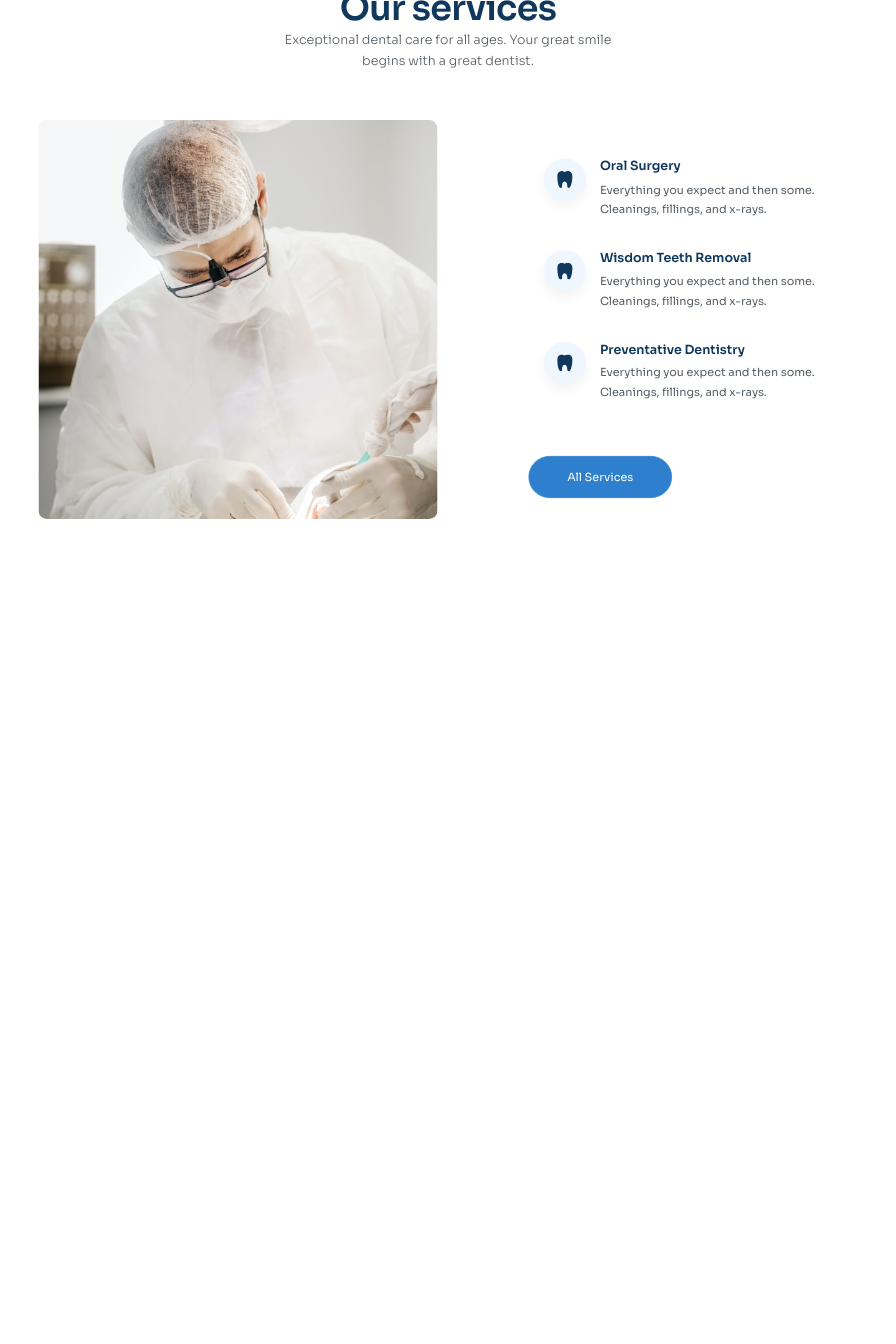
Repository: Tran-Dat/F8_Project_03
Page: index.html
These files come from the project's save history. The page is drawn as it stood at one moment and after the next save; the edit follows.
The browser window is 1280 px wide. The pictures show the part of the page from y = 909 to 2829 px (the page is 3720 px tall), at 70% of full size.

Above is the page before, as saved 2023-04-03 15:27:29.

After the next save:
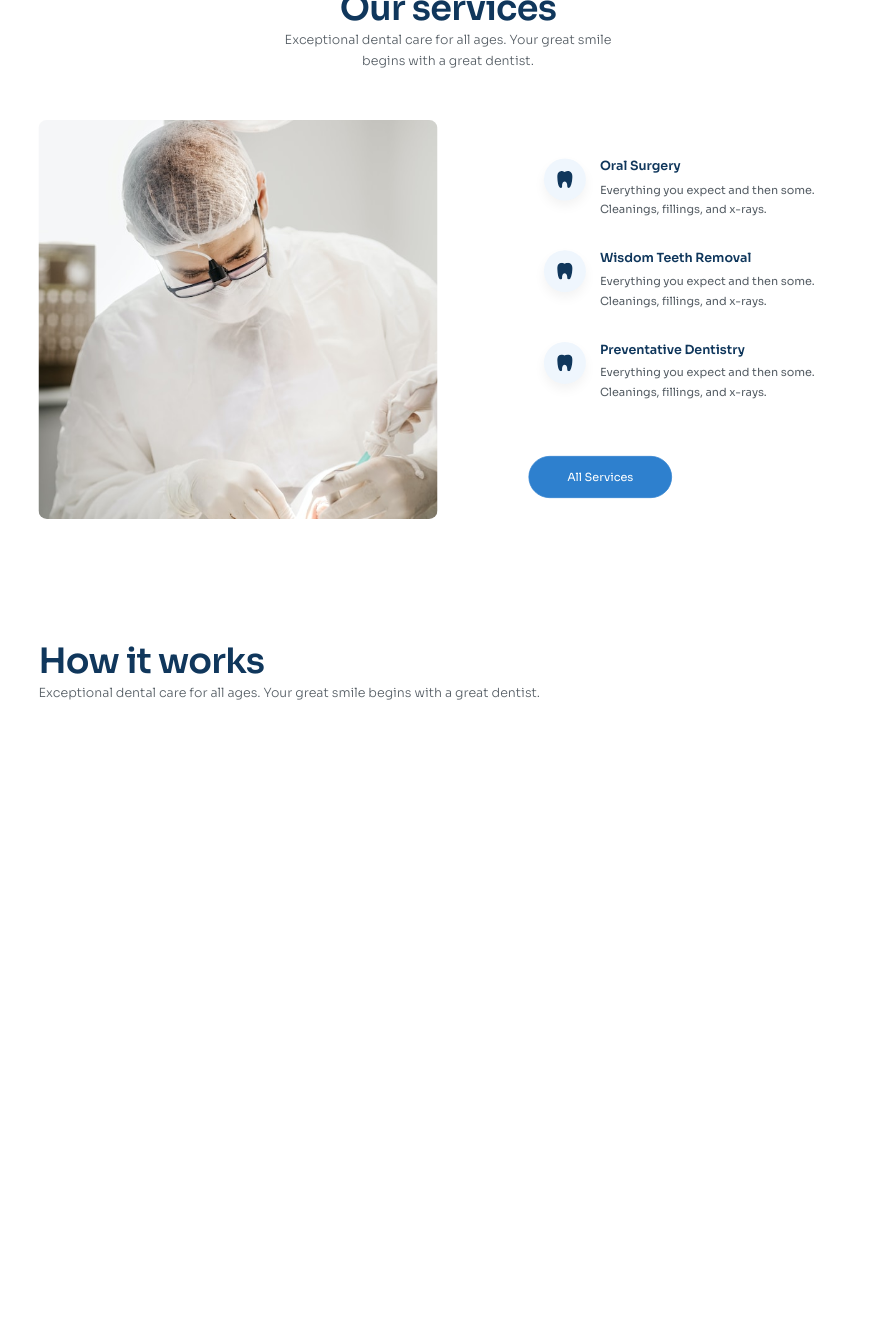
Saved 2 min 34 s later.
--- a/index.html
+++ b/index.html
@@ -182,6 +182,7 @@
         </header>
 
         <main style="height: 3000px">
+            <!-- Service -->
             <section class="service">
                 <div class="container">
                     <h2 class="service__heading section-heading">
@@ -297,6 +298,17 @@
                     </div>
                 </div>
             </section>
+
+            <!-- Work -->
+            <section class="work">
+                <div class="container">
+                    <h2 class="section-heading">How it works</h2>
+                    <p class="section-desc">
+                        Exceptional dental care for all ages. Your great smile
+                        begins with a great dentist.
+                    </p>
+                </div>
+            </section>
         </main>
     </body>
 </html>
